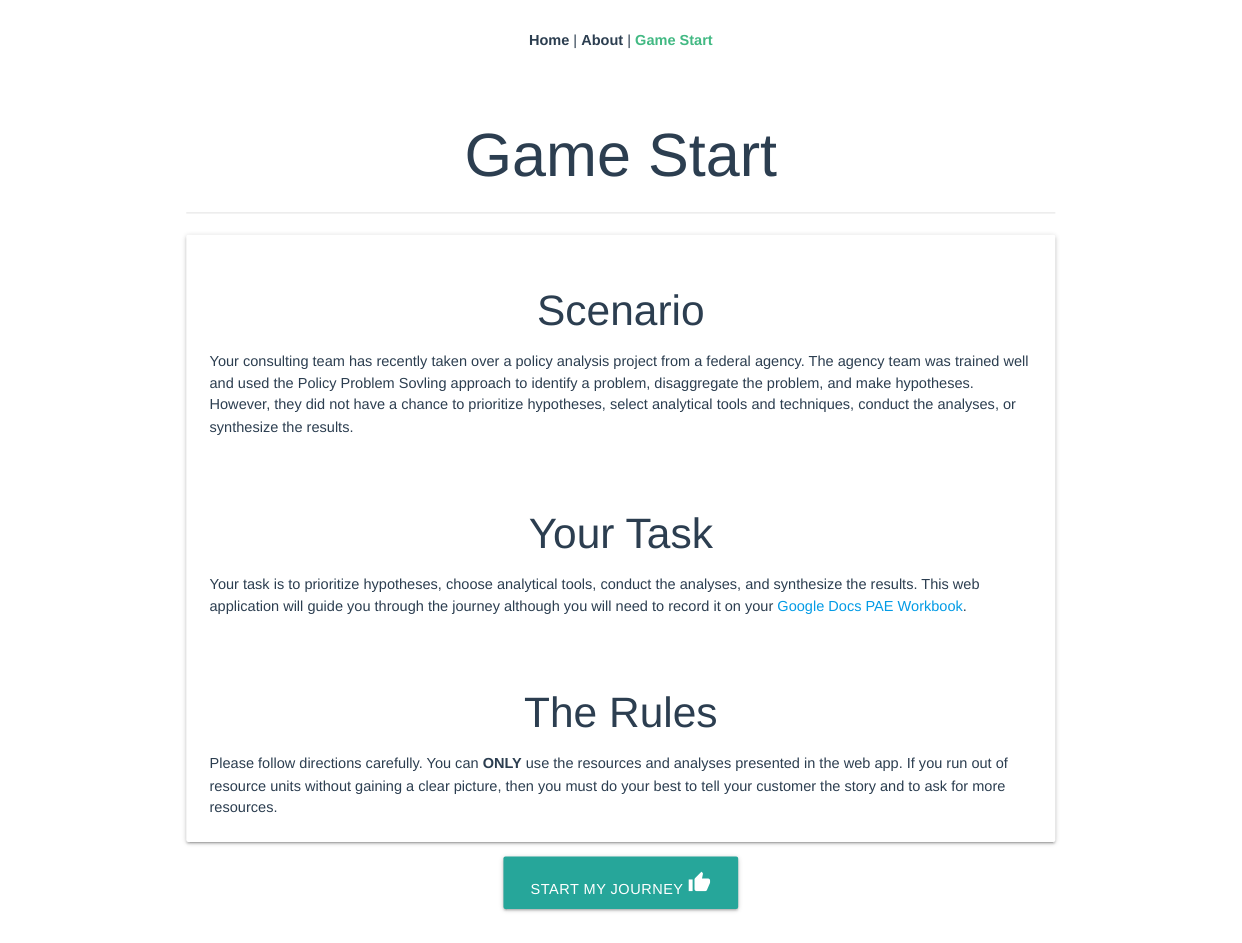
Repository: gallard28/posc4210app
Page: /#/start
An editor plug-in stored every save of this project. The page is shown before and after the next save, followed by the edit.
The browser window is 1280 px wide. The pictures show the whole page, at 97% of full size.
The project was rebuilt for these pictures with package versions that can differ from the ones it lists, and the page was loaded fresh each time. Also part of the build but not shown: src/views/Home.vue.

Above is the page before, as saved 2020-09-20 19:24:42.

After the next save:
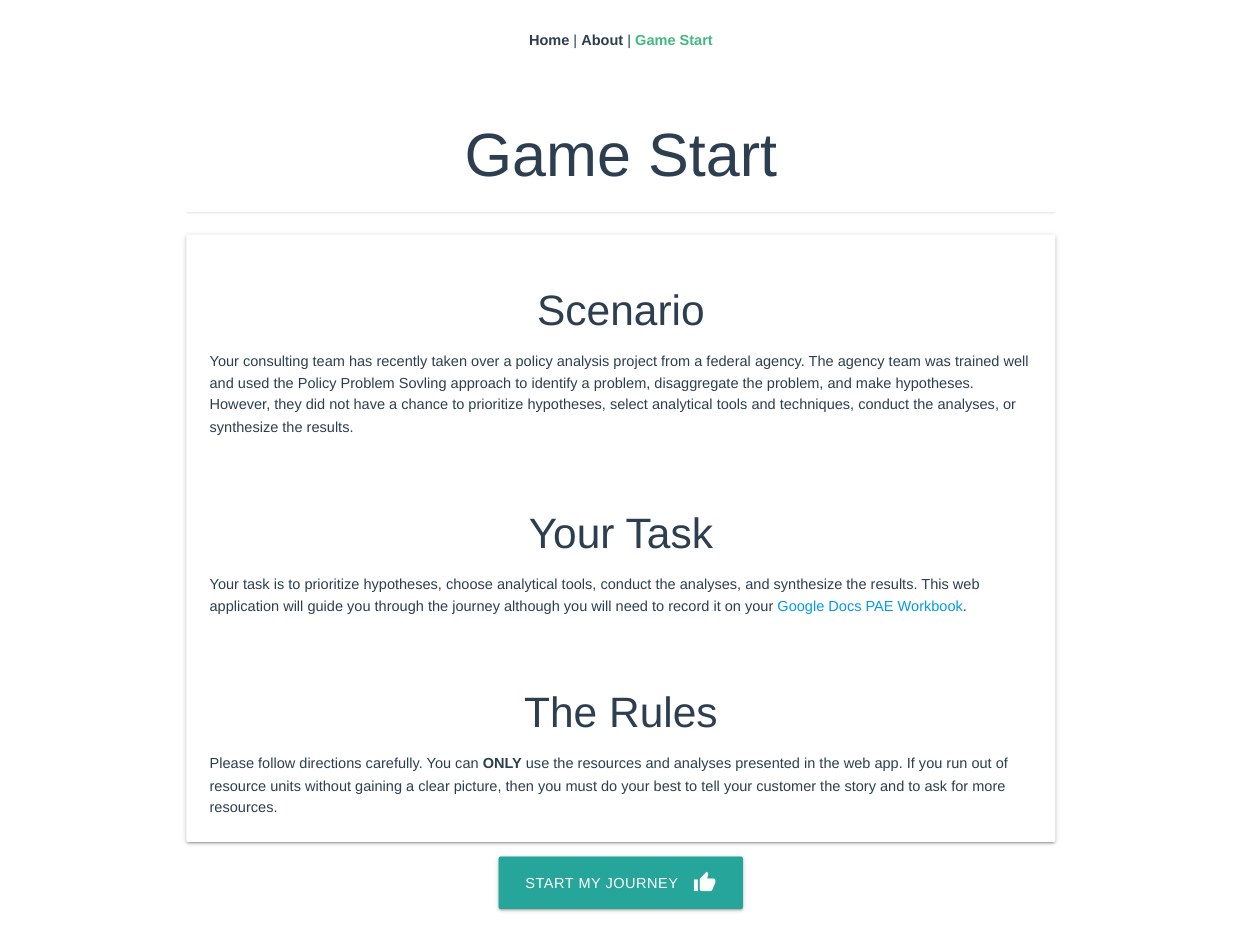
Saved 9 s later.
--- a/src/views/Start.vue
+++ b/src/views/Start.vue
@@ -23,7 +23,7 @@
           <div class="start-button">
             <a class="waves-effect waves-light btn-large">
               Start My Journey
-              <i class="material-icons">thumb_up</i>
+              <i class="material-icons right">thumb_up</i>
             </a>
           </div>
       </div>
